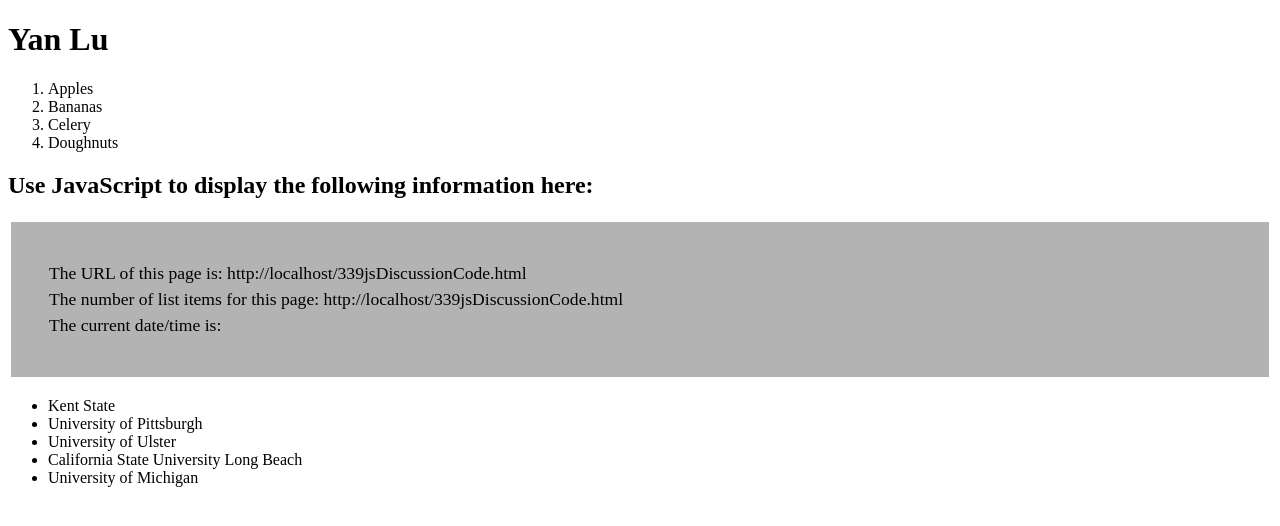
Repository: lulyany/discussionwk10
Page: 339jsDiscussionCode.html
These files come from the project's save history. The page is drawn as it stood at one moment and after a run of saves; the edit follows.
The browser window is 1280 px wide. The pictures show the whole page.

Above is the page before, as saved 2023-11-01 20:32:50.
Console error: ReferenceError: querySelectorAll is not defined

After the next 2 saves:
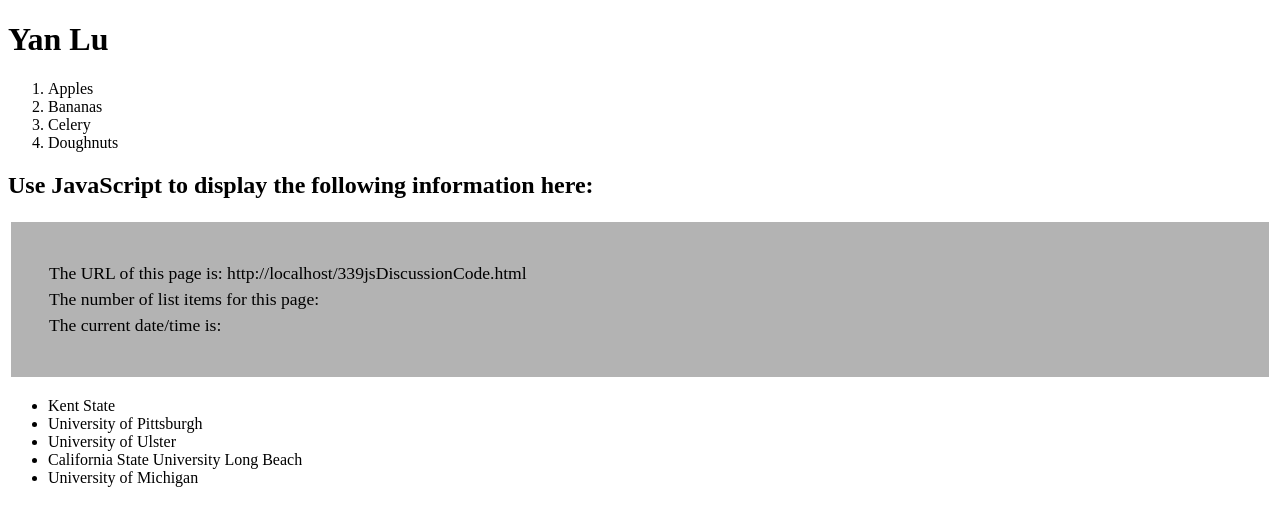
The 2 saves are shown as one change because they came seconds apart.
The last was saved 12 s later.
--- a/339jsDiscussionCode.html
+++ b/339jsDiscussionCode.html
@@ -29,9 +29,9 @@
 
 		document.getElementById("URL").textContent += window.location.href;
 
-		document.getElementById("items").textContent += window.location;
+		document.getElementById("items").textContent += querySelectorAll("li").length;
 
-		document.getElementById("time").textContent += querySelectorAll("li").length;
+		document.getElementById("time").textContent
 
 
 
